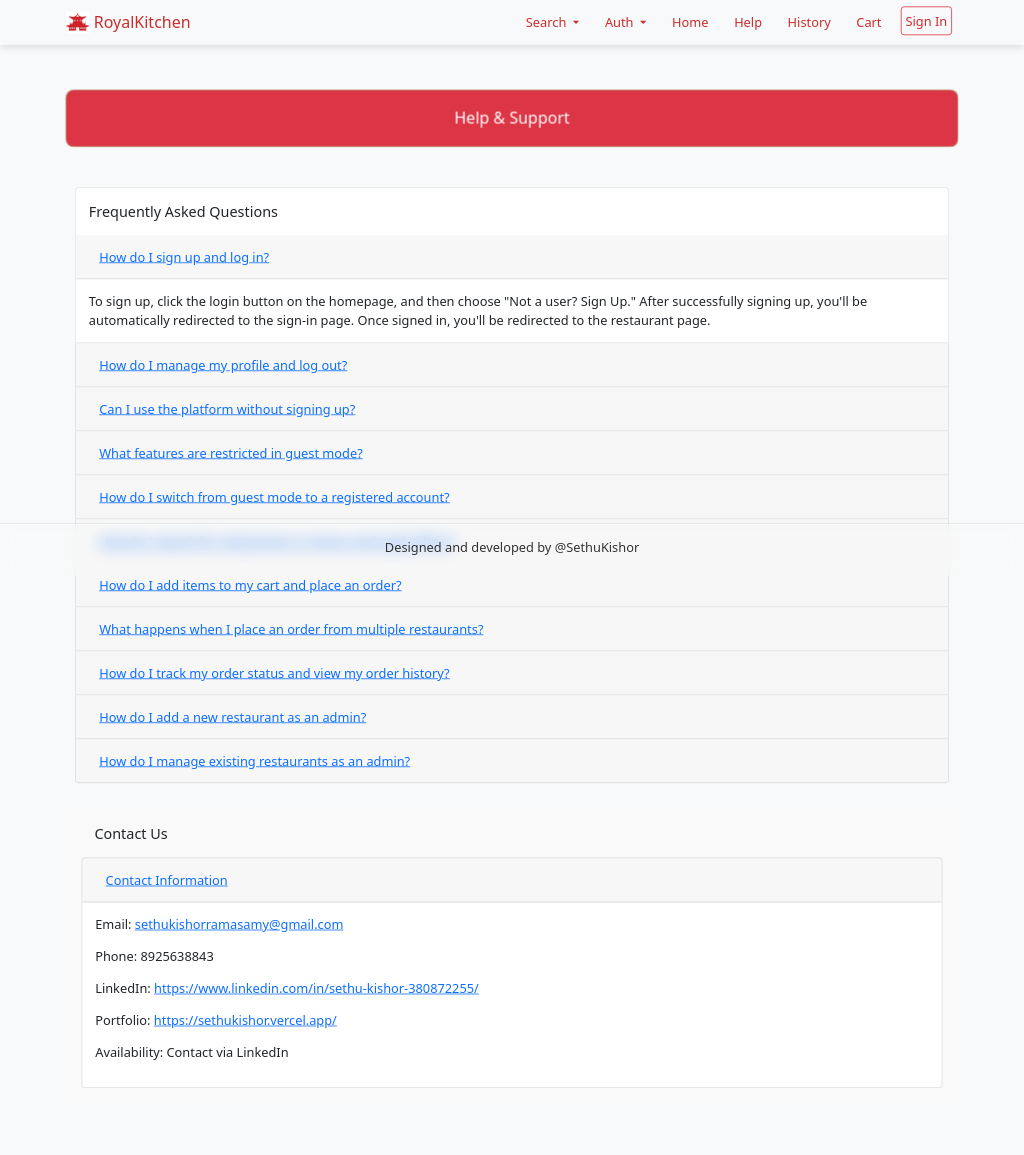
Repository: KARUPPAIYA77/Royal-Kitchen
Page: http://localhost/RoyalKitchen/help.jsp
These files come from the project's save history. The page is drawn as it stood at one moment and after the next save; the edit follows.
The browser window is 1280 px wide. The pictures show the whole page, at 80% of full size.
Some web libraries are served in a nearby version. The page is served by Tomcat 9.

Above is the page before, as saved 2025-03-06 07:41:59.

After the next save:
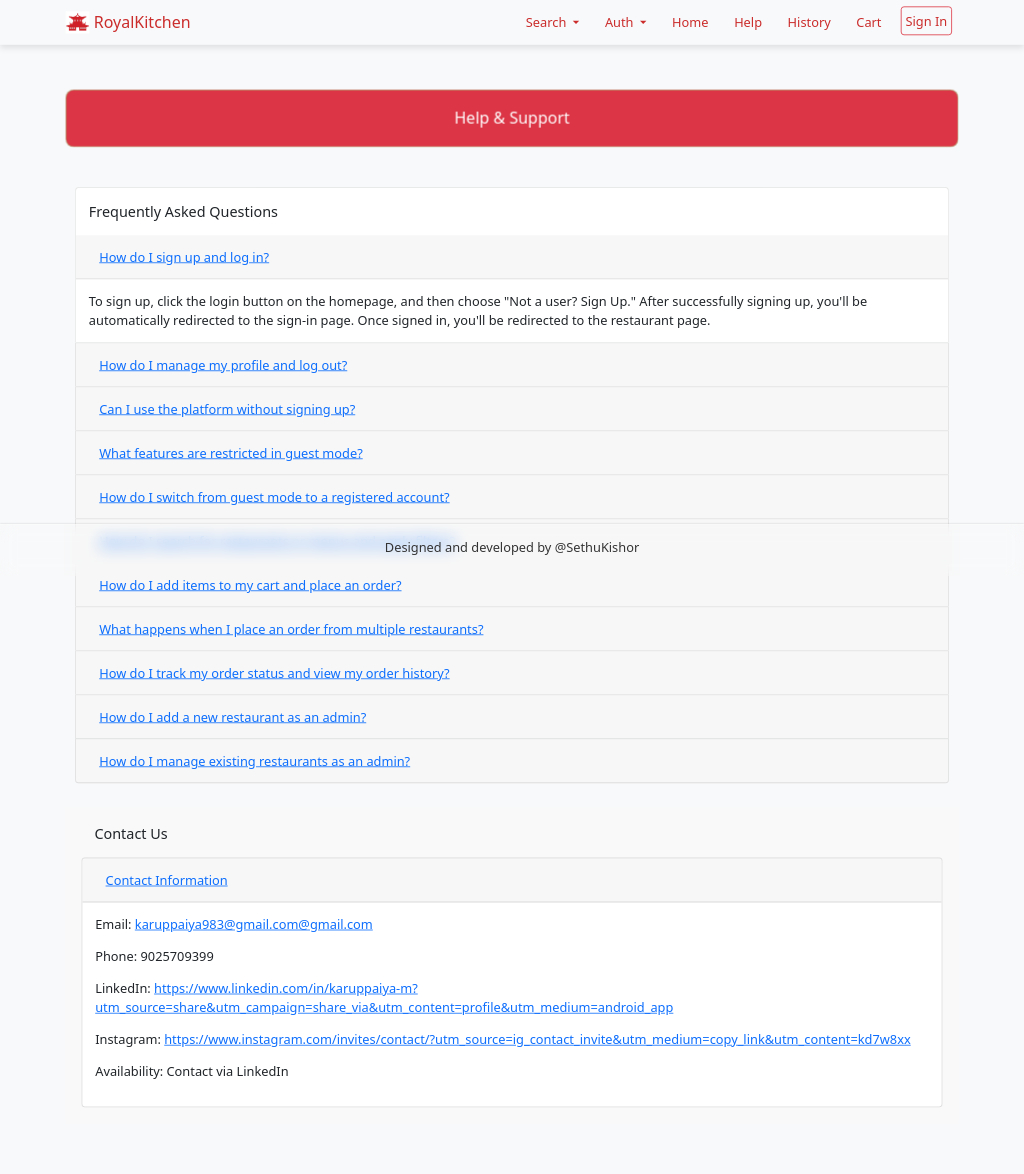
Saved 108 min 45 s later.
--- a/RoyalKitchen/src/main/webapp/help.jsp
+++ b/RoyalKitchen/src/main/webapp/help.jsp
@@ -265,17 +265,17 @@
 						aria-labelledby="headingContact" data-parent="#contactAccordion">
 						<div class="card-body">
 							<p>
-								Email: <a href="mailto:sethukishorramasamy@gmail.com">sethukishorramasamy@gmail.com</a>
+								Email: <a href="mailto:sethukishorramasamy@gmail.com">karuppaiya983@gmail.com@gmail.com</a>
 							</p>
-							<p>Phone: 8925638843</p>
+							<p>Phone: 9025709399</p>
 							<p>
 								LinkedIn: <a
-									href="https://www.linkedin.com/in/sethu-kishor-380872255/"
-									target="_blank">https://www.linkedin.com/in/sethu-kishor-380872255/</a>
+									href="https://www.linkedin.com/in/karuppaiya-m?utm_source=share&utm_campaign=share_via&utm_content=profile&utm_medium=android_app"
+									target="_blank">https://www.linkedin.com/in/karuppaiya-m?utm_source=share&utm_campaign=share_via&utm_content=profile&utm_medium=android_app</a>
 							</p>
 							<p>
-								Portfolio: <a href="https://sethukishor.vercel.app/"
-									target="_blank">https://sethukishor.vercel.app/</a>
+								Instagram: <a href="https://www.instagram.com/invites/contact/?utm_source=ig_contact_invite&utm_medium=copy_link&utm_content=kd7w8xx"
+									target="_blank">https://www.instagram.com/invites/contact/?utm_source=ig_contact_invite&utm_medium=copy_link&utm_content=kd7w8xx</a>
 							</p>
 							<p>Availability: Contact via LinkedIn</p>
 						</div>
